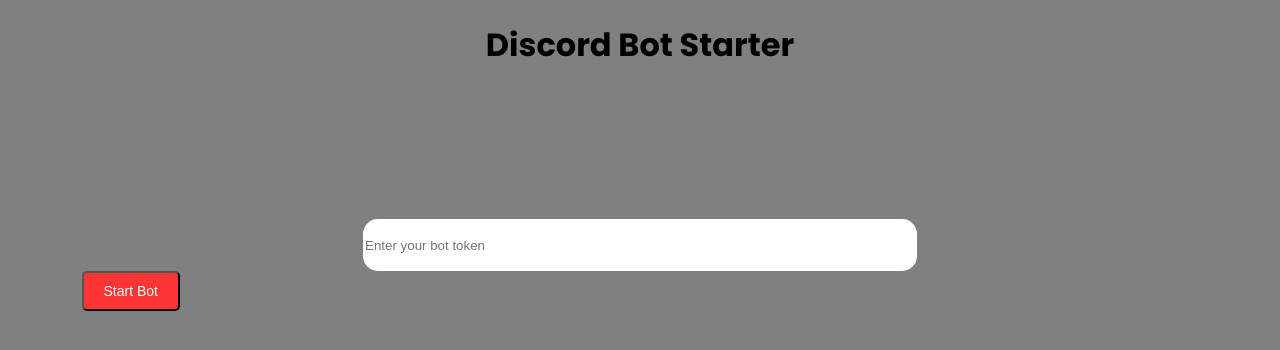
Repository: ranger2202/discord-bot-panel
Page: ranger-bot-runner/app/templates/landing.html
The author's editor kept a copy of each file at every save. The page is drawn from the files as they stood at one save, then again after a run of saves.
The browser window is 1280 px wide. The pictures show the whole page.

Above is the page before, as saved 2023-12-30 12:11:16.

After the next 2 saves:
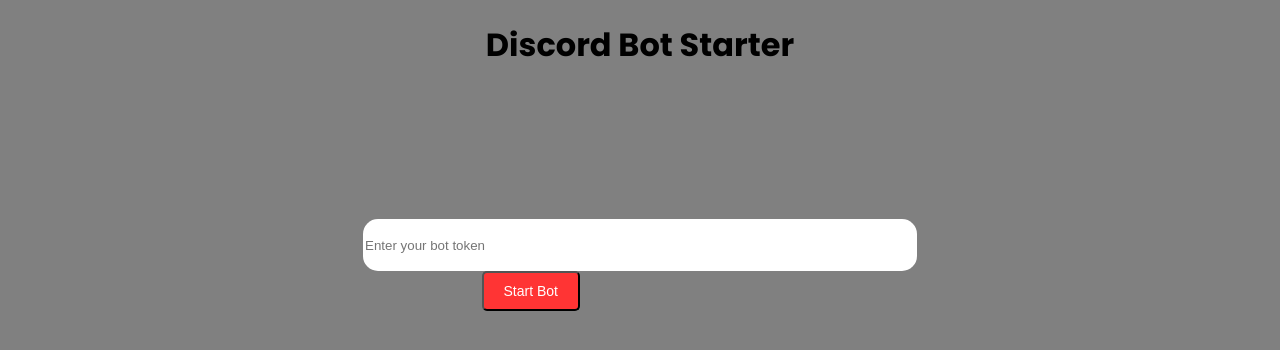
The 2 saves are shown as one change because they came seconds apart.
The last was saved 9 s later.
--- a/ranger-bot-runner/app/static/landing.css
+++ b/ranger-bot-runner/app/static/landing.css
@@ -6,7 +6,7 @@
 }
 .start-button button{
     position: absolute;
-    right: 1100px;
+    right: 700px;
     display: inline-block;
     padding: 10px 20px;
     font-size: 14px;
